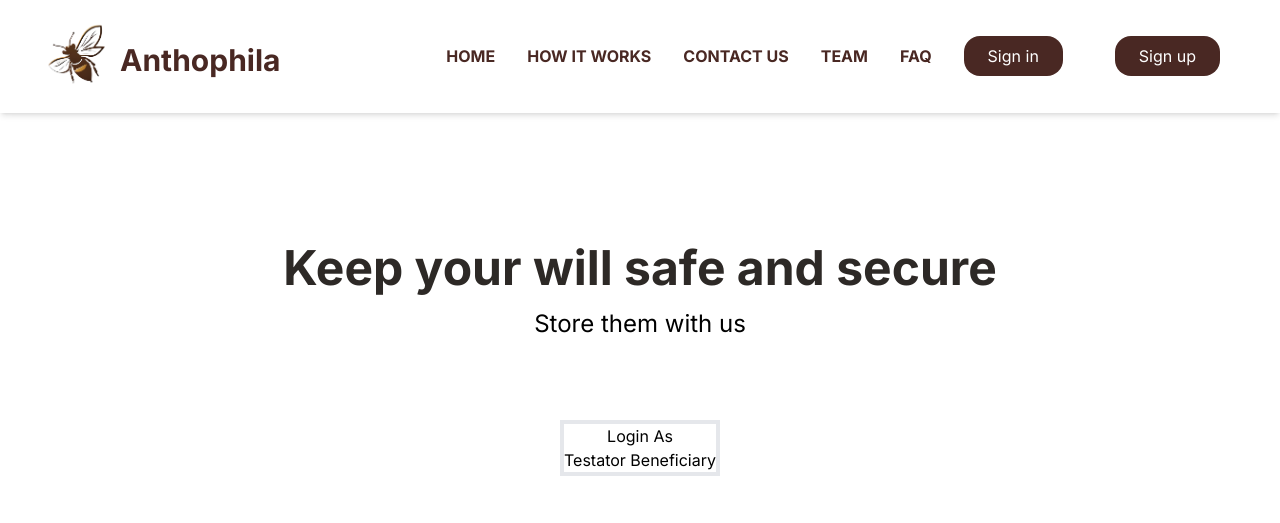
Repository: marcusdashe/anthophila
Page: /
These files come from the project's save history. The page is drawn as it stood at one moment and after the next save; the edit follows.
The browser window is 1280 px wide. The pictures show the whole page.
The project was rebuilt for these pictures with package versions that can differ from the ones it lists, and the page was loaded fresh each time. The framework's server and built-in components were replaced by stand-ins that run in the browser. Also part of the build but not shown: next.config.js, styles/Home.module.css.

Above is the page before, as saved 2023-02-26 17:51:40.

### pages/_document.js
import { Html, Head, Main, NextScript } from 'next/document'

export default function Document() {
  return (
    <Html lang="en">
      <Head>
        <link rel="preconnect" href="https://fonts.googleapis.com" />
        <link rel="preconnect" href="https://fonts.gstatic.com" crossOrigin />
        <link href="https://fonts.googleapis.com/css2?family=Inter:wght@100;200;300;400;500;600&display=swap" rel="stylesheet" />
      </Head>
      <body>
        <Main />
        <NextScript />
      </body>
    </Html>
  )
}

### pages/index.js
import Head from 'next/head'
import Image from 'next/image'
import { Inter } from '@next/font/google'
import styles from '@/styles/Home.module.css'
import { Nav } from '@/components/Nav'
import Hero from '@/components/Hero'

const inter = Inter({ subsets: ['latin'] })

export default function Home() {
  return (
    <>
      <Head>
        <title>Anthophilia</title>
        <meta name="description" content="decentralized platform for storing will" />
        <meta name="viewport" content="width=device-width, initial-scale=1" />
        <link rel="icon" href="/favicon.ico" />
      </Head>
      <Nav />

      {/* <main className="w-full h-screen bg-cover bg-no-repeat bg-center bg-fixed" style={{backgroundImage: "url('/assets/bg-vintage.png')"}}> */}
      <main className="w-full h-screen">
      <Hero />

      </main>
    </>
  )
}

### styles/globals.css
@tailwind base;
@tailwind components;
@tailwind utilities;


@layer base {
    html {

      font-family: 'Inter', sans-serif;
    }
  }

### components/Nav.jsx
import React, { useState } from 'react'
import Button from './Button'
import MenuIcon from '@mui/icons-material/Menu';
import CloseIcon from '@mui/icons-material/Close';

export const Nav = () => {
  let Links = [
    { name: "HOME", link: "/"},
    { name: "HOW IT WORKS", link: "/hiw"},
    { name: "CONTACT US", link: "/contact"},
    { name: "TEAM", link: "/team"},
    { name: "FAQ", link: "/faq"},
  ]
  let [open, setOpen] = useState(false)

  return (
    <div className='shadow-md w-full fixed top-0 left-0'>
        <div className='md:flex items-center justify-between bg-white py-4 md:px-10 px-7'>
            <div className='font-bold text-2xl cursor-pointer flex items-center text-gray-80'>
            <img src="/assets/logo.png" alt="logo" className="object-scale-down h-50 w-20" />
                <span className='text-3xl text-[#492823] mr-1 pt-2'>
                    Anthophila
                </span>
            </div>
            <div onClick={()=> setOpen(!open)} className='text-3xl absolute right-8 top-6 cursor-pointer md:hidden '>
              {open ? <CloseIcon fontSize='large'/> : <MenuIcon fontSize='large'/>}

            </div>
            <ul className={`md:flex md:items-center md:pb-0 pb-12 absolute md:static bg-white md:z-auto z-[-1] left-0 w-full md:w-auto md:pl-0 pl-9 transition-all duration-500 ease-in ${open ? 'top-20 opacity-100' : 'top-[-490px]'} md:opacity-100 opacity-0`}>
              { Links.map((link, idx) => (
                <li key={link.name} className='md:ml-8 text-md font-bold md:my-0 my-7'>
                    <a href={link.link} key={idx} className="text-[#492823] hover:text-[#F5F1F3] duration-500">{link.name}</a>
                </li>
              ))}
              <Button>Sign in</Button>
              <Button>Sign up</Button>
            </ul>
        </div>
    </div>
  )
}

### components/Hero.jsx
import React from 'react'

const Hero = () => {
  return (
        <div className='h-screen flex justify-center items-center flex-col'>

            <header className="">
            <div className="max-w-7xl mx-auto px-4 sm:px-6 lg:px-8 flex flex-col items-center justify-center">
                <h1 className="text-5xl font-bold text-[#2D2926] text-center mb-4">Keep your will safe and secure</h1>
                <p className='text-center text-2xl'>Store them with us</p>
            </div>
            </header>
            <section className='border-4 border-solid border-sky flex justify-center items-center flex-col mt-20'>
               <p>Login As</p>
                <div><button>Testator</button> <button>Beneficiary</button> </div>
            </section>

        </div>

  )
}

export default Hero

### components/Button.jsx
import React from 'react'

const Button = (props) => {
  return (
    <button className='bg-[#492823] w-150 mr-5 text-white py-2 px-6 rounded-2xl md:ml-8 hover:bg-[#F5F1F3] hover:text-[#492823] duration-500'>
        {props.children}
    </button>
  )
}

export default Button

### tailwind.config.js
/** @type {import('tailwindcss').Config} */

module.exports = {
  content: [
    "./app/**/*.{js,ts,jsx,tsx}",
    "./pages/**/*.{js,ts,jsx,tsx}",
    "./components/**/*.{js,ts,jsx,tsx}",
  ],
  theme: {
    extend: {},
  },
  plugins: [],
}

Loaded but not shown: pages/_app.js (common file); pages/api/hello.js (common file)

After the next save:
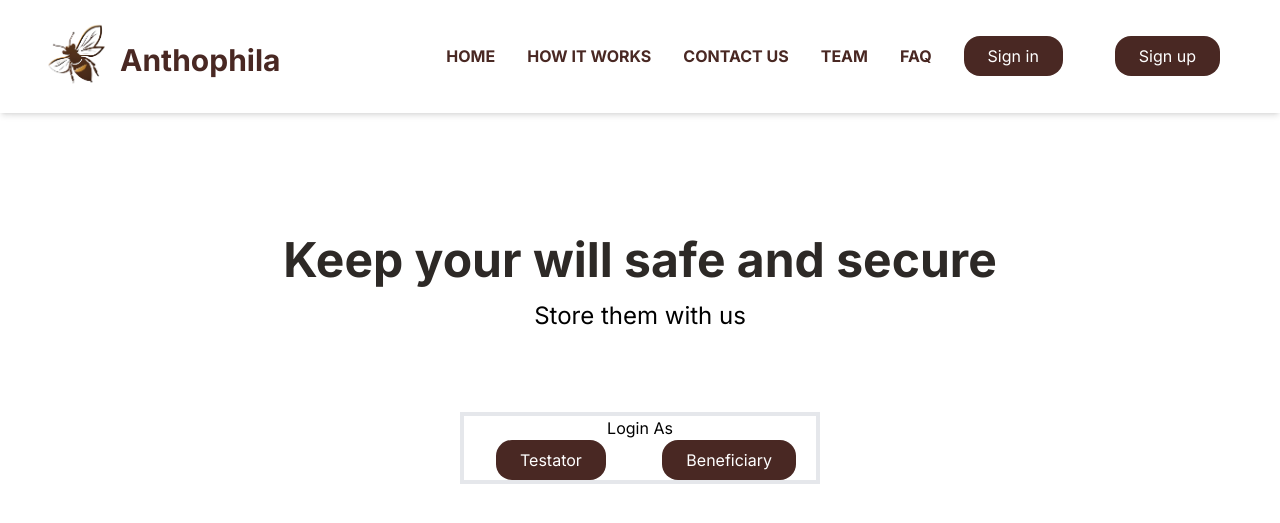
Saved 85 s later.
--- a/components/Hero.jsx
+++ b/components/Hero.jsx
@@ -1,4 +1,5 @@
 import React from 'react'
+import Button from './Button'
 
 const Hero = () => {
   return (
@@ -12,7 +13,7 @@ const Hero = () => {
             </header>
             <section className='border-4 border-solid border-sky flex justify-center items-center flex-col mt-20'>
                <p>Login As</p>
-                <div><button>Testator</button> <button>Beneficiary</button> </div>
+                <div><Button>Testator</Button> <Button>Beneficiary</Button> </div>
             </section>
 
         </div>
